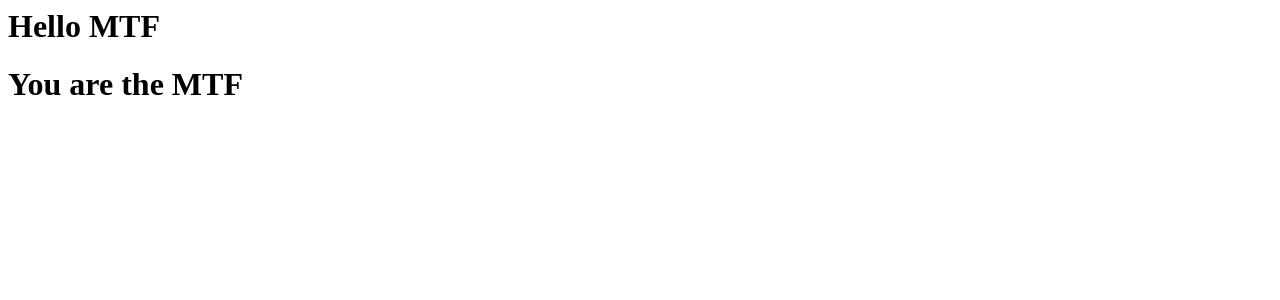
Repository: batmikun/Courses
Page: Front-End/SPA NATIVE JS/src/views/home.html
The author's editor kept a copy of each file at every save. The page is drawn from the files as they stood at one save, then again after the next save.
The browser window is 1280 px wide. The pictures show the whole page.

Above is the page before, as saved 2021-11-21 00:41:29.

After the next save:
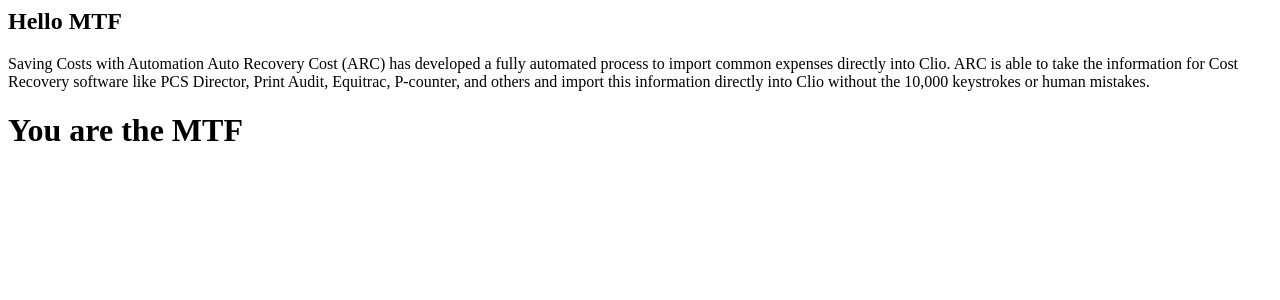
Saved 27 s later.
--- a/Front-End/SPA NATIVE JS/src/views/home.html
+++ b/Front-End/SPA NATIVE JS/src/views/home.html
@@ -1,6 +1,10 @@
 <div class="content">
     <div class="content__fc">
-        <h1>Hello MTF</h1>
+        <h2>Hello MTF</h2>
+        <p>
+            Saving Costs with Automation
+Auto Recovery Cost (ARC) has developed a fully automated process to import common expenses directly into Clio.  ARC is able to take the information for Cost Recovery software like PCS Director, Print Audit, Equitrac, P-counter, and others and import this information directly into Clio without the 10,000 keystrokes or human mistakes.
+        </p>
     </div>
     <div class="content__fc">
         <h1>You are the MTF</h1>
